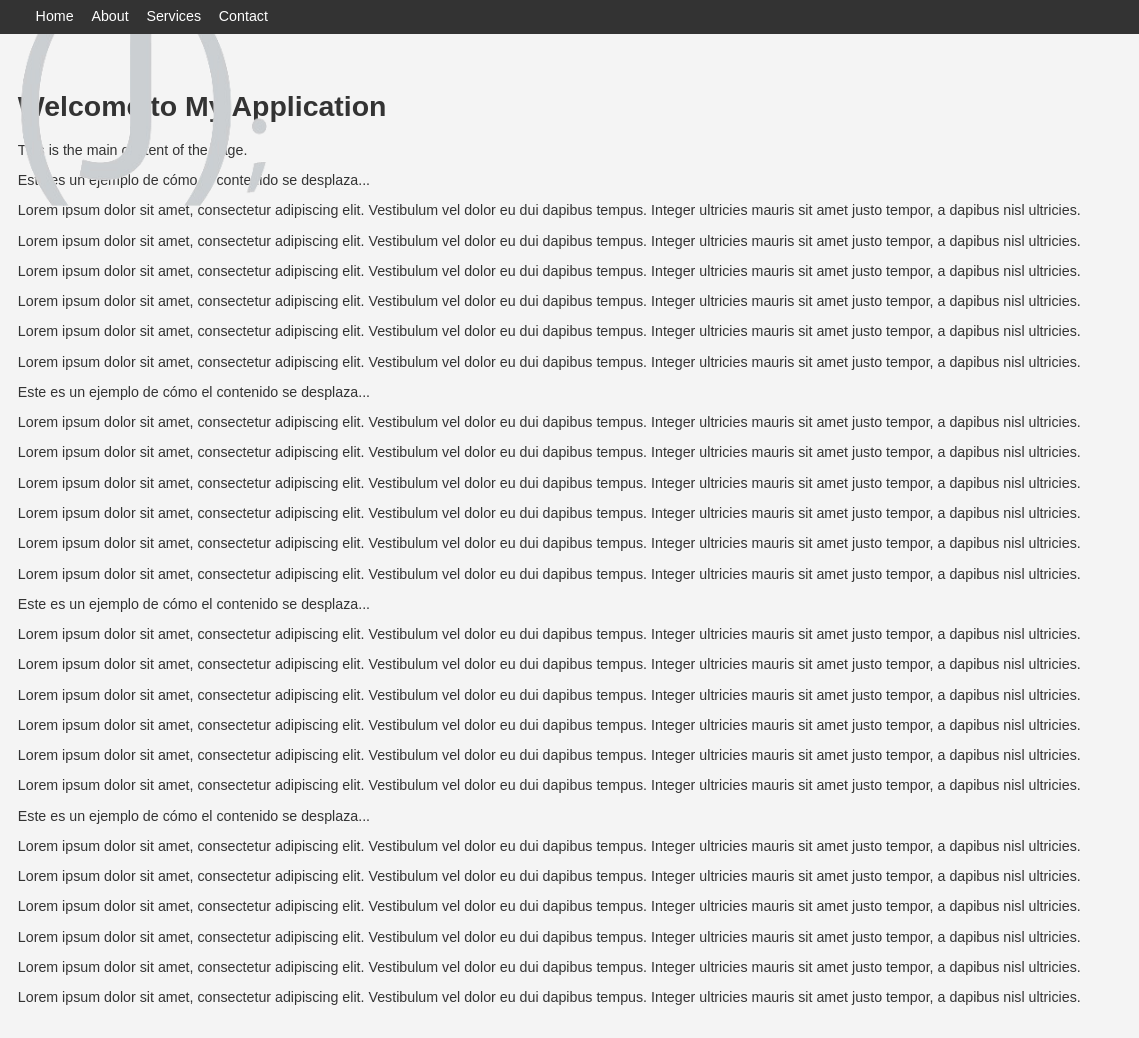
Repository: JoyMoGas/HelujaArc
Page: http://localhost/
The author's editor kept a copy of each file at every save. The page is drawn from the files as they stood at one save, then again after the next save.
The browser window is 1280 px wide. The pictures show the whole page, at 89% of full size.
The page is served by the project's application, run on Flask 3 (run.py).

Above is the page before, as saved 2024-08-11 15:24:34.
Console error: TypeError: Cannot read properties of null (reading 'style')

After the next save:
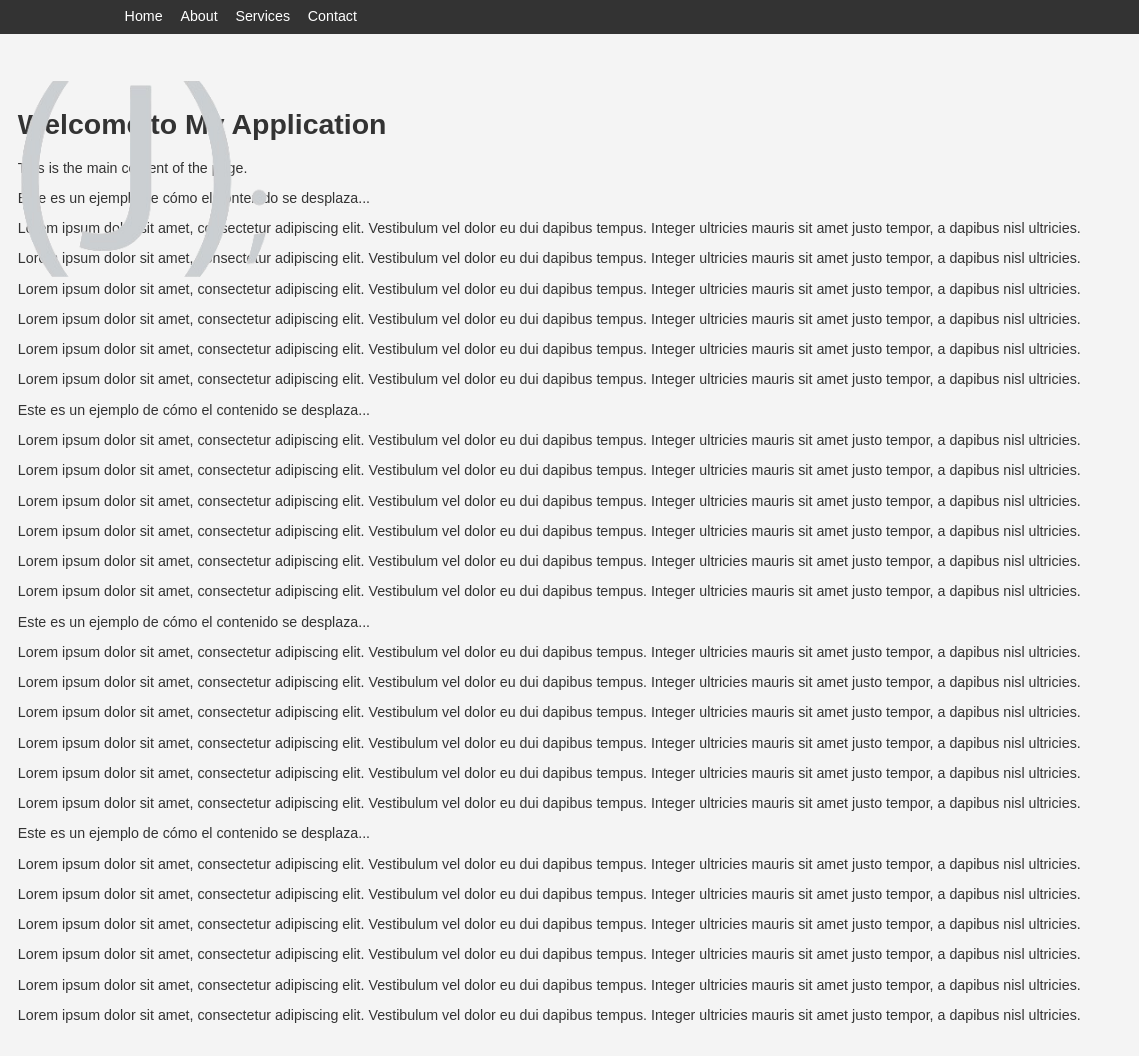
Saved 2 min 3 s later.
--- a/static/style.css
+++ b/static/style.css
@@ -16,9 +16,9 @@
     color: white;
     display: flex;
     align-items: center;
-    justify-content: space-between;
-    padding: 10px 20px;
+    padding: 10px 40px; /* Espacio ajustado a la izquierda */
     z-index: 1000; /* Asegura que la navbar esté por encima de otros contenidos */
+    box-sizing: border-box; /* Asegura que el padding se incluya en el ancho total */
 }
 
 /* Logo en la navbar */
@@ -30,6 +30,7 @@
     height: auto;
     transition: transform 0.5s ease, width 0.5s ease, height 0.5s ease;
     display: none; /* Inicialmente oculto */
+    z-index: 1001; /* Asegura que el logotipo esté por encima del contenido de la navbar */
 }
 
 /* Define la animación de deslizamiento */
@@ -44,12 +45,12 @@
 
 /* Estilos iniciales del logotipo en el body */
 #body-logo {
-    position: fixed; /* Cambiado a fixed para que el logotipo permanezca visible en todo momento */
+    position: absolute; /* Cambiado a absolute para que el logotipo esté en el flujo del contenido */
     top: 10px;
     left: 20px;
     transform: translate(0, 0);
     transition: transform 0.5s ease, width 0.5s ease, height 0.5s ease;
-    z-index: 999; /* Asegura que el logotipo esté por encima del contenido */
+    z-index: 999; /* Asegura que el logotipo esté por encima del contenido, pero no de la navbar */
 }
 
 /* Aplica los estilos cuando el usuario hace scroll */
@@ -68,6 +69,7 @@
     margin: 0;
     padding: 0;
     display: flex;
+    margin-left: 80px; /* Ajustado para dejar espacio para el logotipo */
 }
 
 .navbar-links li {
@@ -88,5 +90,5 @@
 /* Contenido de la página */
 .content {
     padding: 20px;
-    margin-top: 60px; /* Ajusta el margen superior para que el contenido no quede oculto debajo de la navbar */
+    margin-top: 80px; /* Ajusta el margen superior para que el contenido no quede oculto debajo de la navbar */
 }
